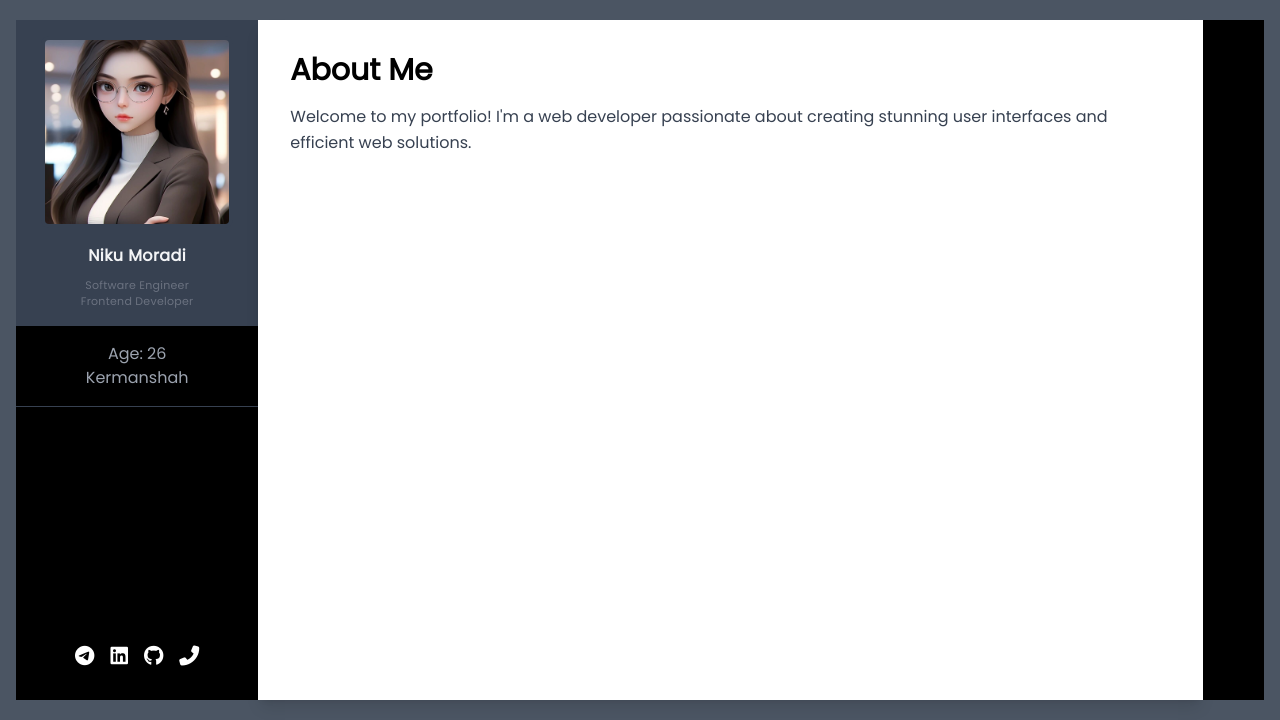
Repository: NikuMoradi/niku-moradi
Page: /
These files come from the project's save history. The page is drawn as it stood at one moment and after the next save; the edit follows.
The browser window is 1280 px wide. The pictures show the whole page.
The project was rebuilt for these pictures with package versions that can differ from the ones it lists, and the page was loaded fresh each time. The framework's server and built-in components were replaced by stand-ins that run in the browser. Also part of the build but not shown: nuxt.config.ts, components/Blog Posts/Component-Design.vue, components/Blog.vue, components/Contact.vue, components/Education.vue, components/Experience.vue, components/Hero.vue, components/Menu.vue and 3 more.

Above is the page before, as saved 2024-11-29 10:26:00.

### assets/css/main.css
@tailwind base;
@tailwind components;
@tailwind utilities;

body {
  /* From https://css.glass */
  background: #ffffff;
  font-family: "Poppins", sans-serif;
}

@layer utilities {
}

### components/LeftPanel.vue
<template>
  <div
    class="bg-black text-white w-80 flex flex-col"
    style="height: calc(100vh - 40px)"
  >
    <!-- Header-->
    <div class="p-4 flex flex-col items-center justify-center bg-gray-700">
      <img
        src="../assets/img/photo_2024-11-28_10-37-05.jpg"
        alt="Profile Picture"
        class="w-48 h-48 mb-5 rounded-lg border-4 border-gray-700 object-cover object-center"
      />
      <h2
        class="text-gray-100 text-[16px] font-semibold tracking-wide leading-[16.8px] mb-3"
      >
        Niku Moradi
      </h2>
      <p
        class="text-gray-500 text-[11px] font-light tracking-wide leading-[16.5px]"
      >
        Software Engineer
      </p>
      <p
        class="text-gray-500 text-[11px] font-light tracking-wide leading-[16.5px]"
      >
        Frontend Developer
      </p>
    </div>

    <!-- Biography -->
    <div class="p-4 text-center border-b border-gray-700">
      <p class="text-md text-gray-400">Age: 26</p>
      <p class="text-md text-gray-400">Kermanshah</p>
    </div>

    <!-- Social Links -->
    <div class="py-8 text-center mt-auto text-white">
      <div class="space-x-4">
        <a
          href="https://t.me/yourusername"
          target="_blank"
          class="text-white hover:text-blue-400"
        >
          <i class="fab fa-telegram fa-lg"></i>
        </a>
        <a
          href="https://linkedin.com/in/yourusername"
          target="_blank"
          class="text-white hover:text-blue-600"
        >
          <i class="fab fa-linkedin fa-lg"></i>
        </a>
        <a
          href="https://github.com/yourusername"
          target="_blank"
          class="text-white hover:text-gray-700"
        >
          <i class="fab fa-github fa-lg"></i>
        </a>
        <a href="tel:+1234567890" class="text-white hover:text-green-400">
          <i class="fas fa-phone-alt fa-lg"></i>
        </a>
      </div>
    </div>
  </div>
</template>

### components/RightPanel.vue
<template>
  <div class="bg-black w-20" style="height: calc(100vh - 40px)"></div>
</template>

### layouts/default.vue
<template>
  <div class="flex justify-center items-center min-h-screen bg-gray-600 px-4">
    <LeftPanel />

    <!-- Fixed Width Centered Card -->
    <div
      class="bg-white shadow-lg w-full max-w-5xl overflow-hidden"
      style="height: calc(100vh - 40px)"
    >
      <!-- Scrollable Content -->
      <div class="overflow-y-auto h-full scrollbar-hide">
        <NuxtPage />
      </div>
    </div>
    <!-- Right Panel -->
    <RightPanel />
  </div>
</template>

<style>
/* Add any custom global styles here */
body {
  background: linear-gradient(to bottom, #f0f0f0, #d0d0d0);
}
</style>

### app.vue
<!-- The app.vue is just holding the layout container and serving as the root.
 The default.vue layout handles the overall structure of the page.
All content from your pages will automatically be placed inside the NuxtPage slot of the layout.-->
<template>
  <NuxtLayout />
</template>

### pages/index.vue
<template>
  <div class="p-8">
    <h1 class="text-3xl font-bold mb-4">About Me</h1>
    <p class="text-gray-700 leading-relaxed">
      Welcome to my portfolio! I'm a web developer passionate about creating
      stunning user interfaces and efficient web solutions.
    </p>
  </div>
</template>

### tailwind.config.js
/** @type {import('tailwindcss').Config} */
export default {
  content: [
    "./components/**/*.{js,vue,ts}",
    "./layouts/**/*.vue",
    "./pages/**/*.vue",
    "./plugins/**/*.{js,ts}",
    "./app.vue",
    "./error.vue",
  ],
  theme: {
    extend: {},
  },
  plugins: [require("tailwind-scrollbar-hide")],
};

Loaded but not shown: plugins/aos.client.js (no copy from this time; the picture is the same without it)

After the next save:
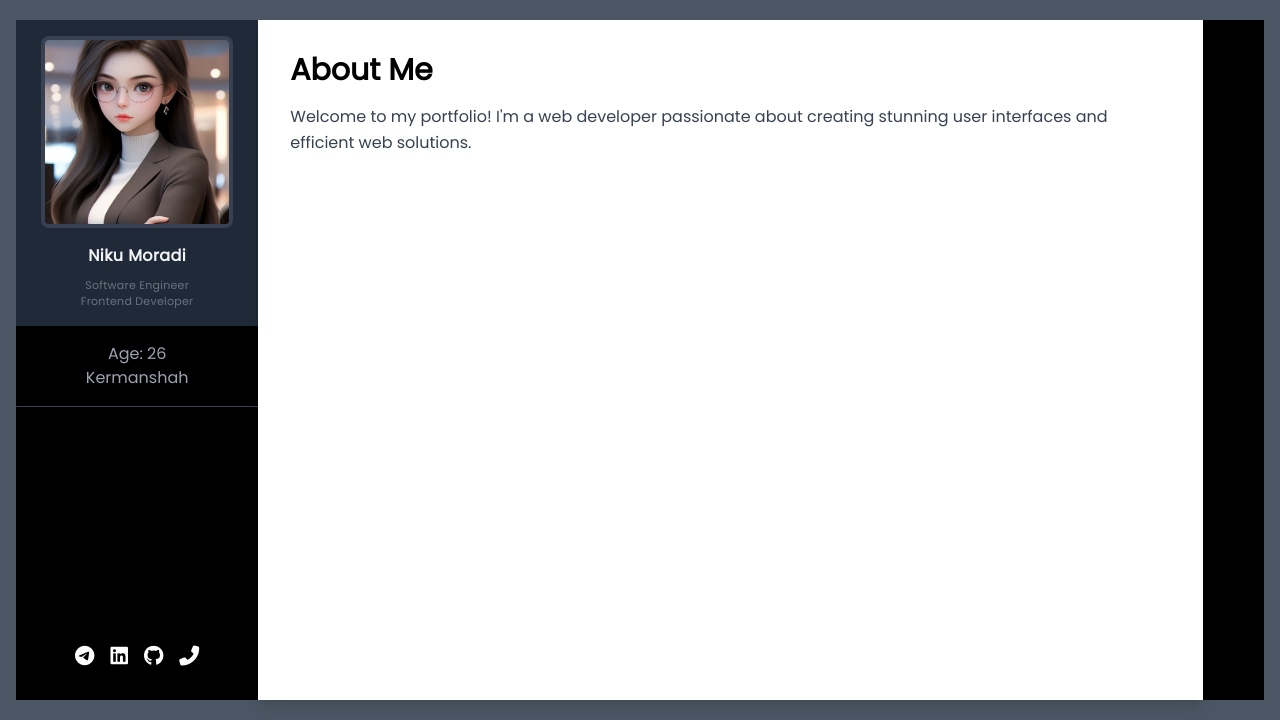
Saved 11 s later.
--- a/components/LeftPanel.vue
+++ b/components/LeftPanel.vue
@@ -4,7 +4,7 @@
     style="height: calc(100vh - 40px)"
   >
     <!-- Header-->
-    <div class="p-4 flex flex-col items-center justify-center bg-gray-700">
+    <div class="p-4 flex flex-col items-center justify-center bg-gray-800">
       <img
         src="../assets/img/photo_2024-11-28_10-37-05.jpg"
         alt="Profile Picture"
